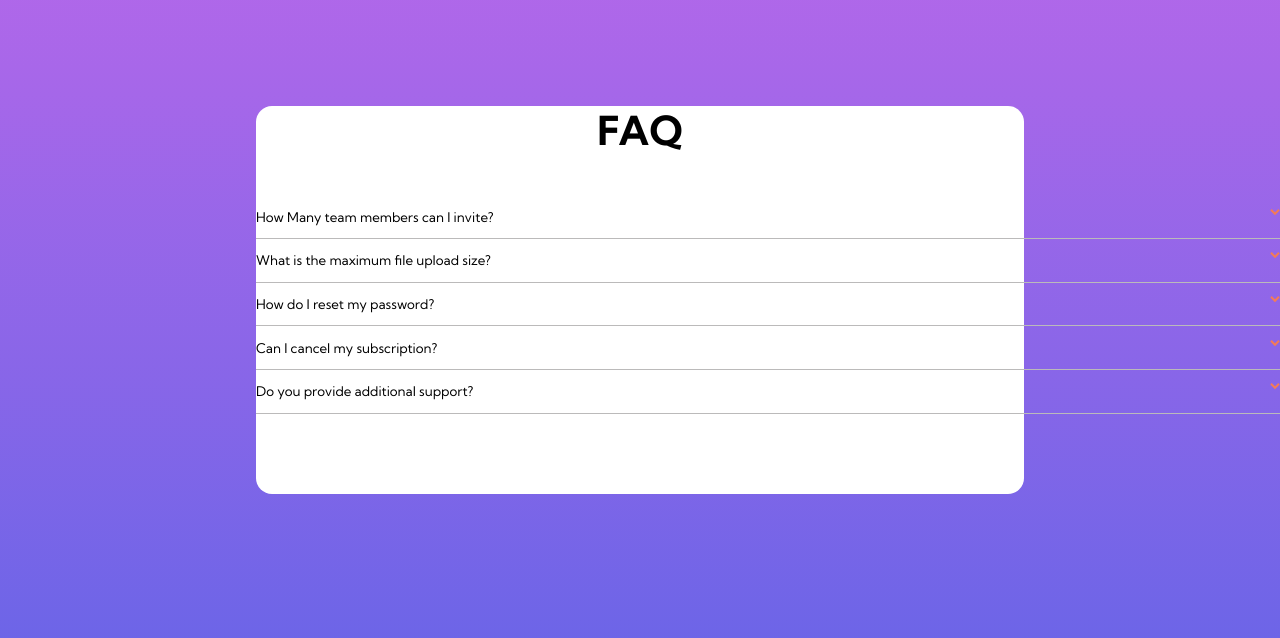
Repository: ryanwilll/ProjetoFAQ
Page: index.html
These files come from the project's save history. The page is drawn as it stood at one moment and after the next save; the edit follows.
The browser window is 1280 px wide. The pictures show the whole page.

Above is the page before, as saved 2022-10-27 19:57:26.

After the next save:
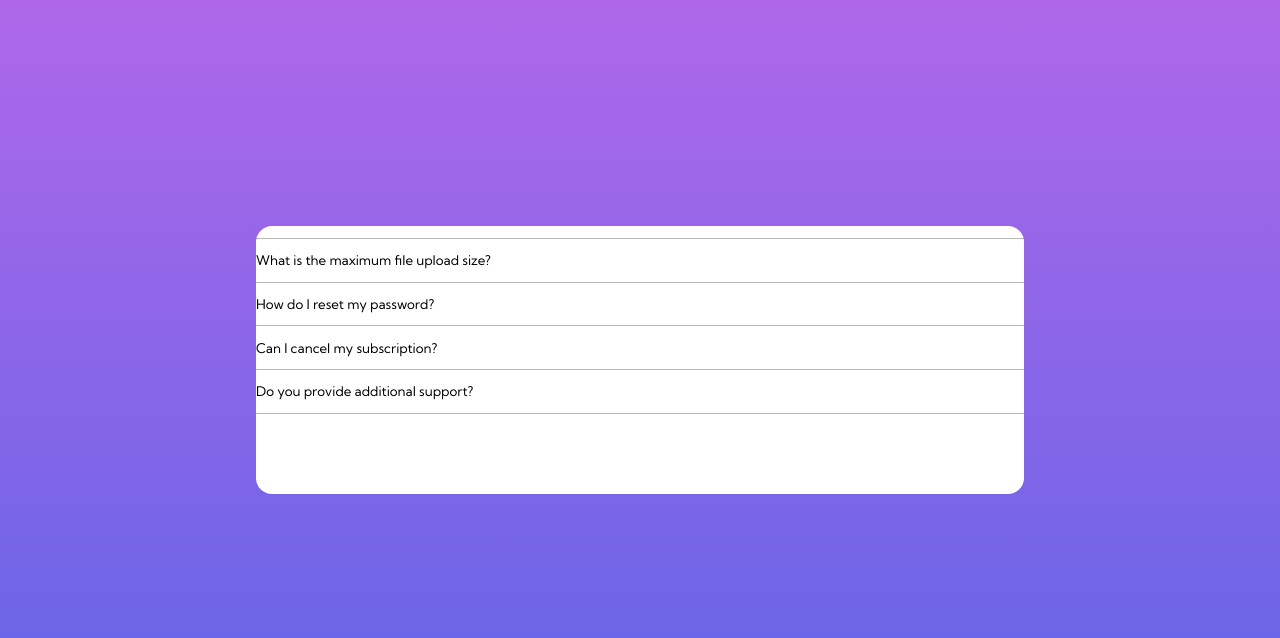
Saved 19 s later.
--- a/css/allmedia.css
+++ b/css/allmedia.css
@@ -128,6 +128,7 @@
     display: none;
   }
   .card-white {
+    overflow-y: auto;
     max-height: 100vh;
     width: 60vw;
     margin: auto;

After the save that followed:
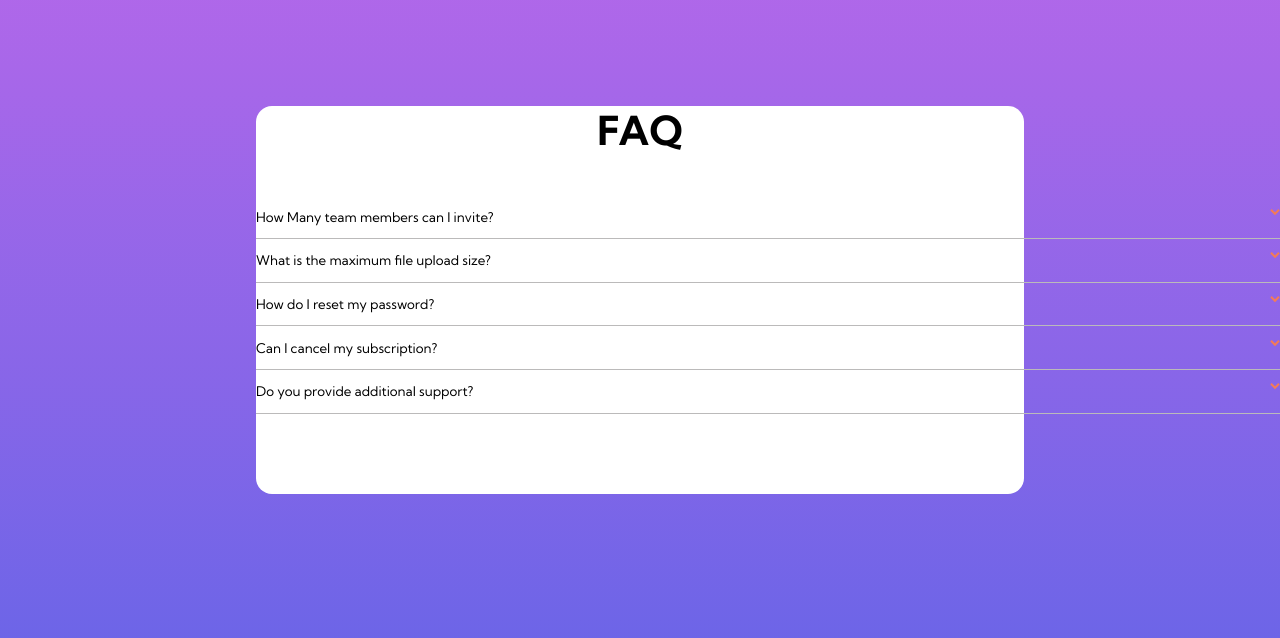
Saved 8 s later.
--- a/css/allmedia.css
+++ b/css/allmedia.css
@@ -128,7 +128,6 @@
     display: none;
   }
   .card-white {
-    overflow-y: auto;
     max-height: 100vh;
     width: 60vw;
     margin: auto;
